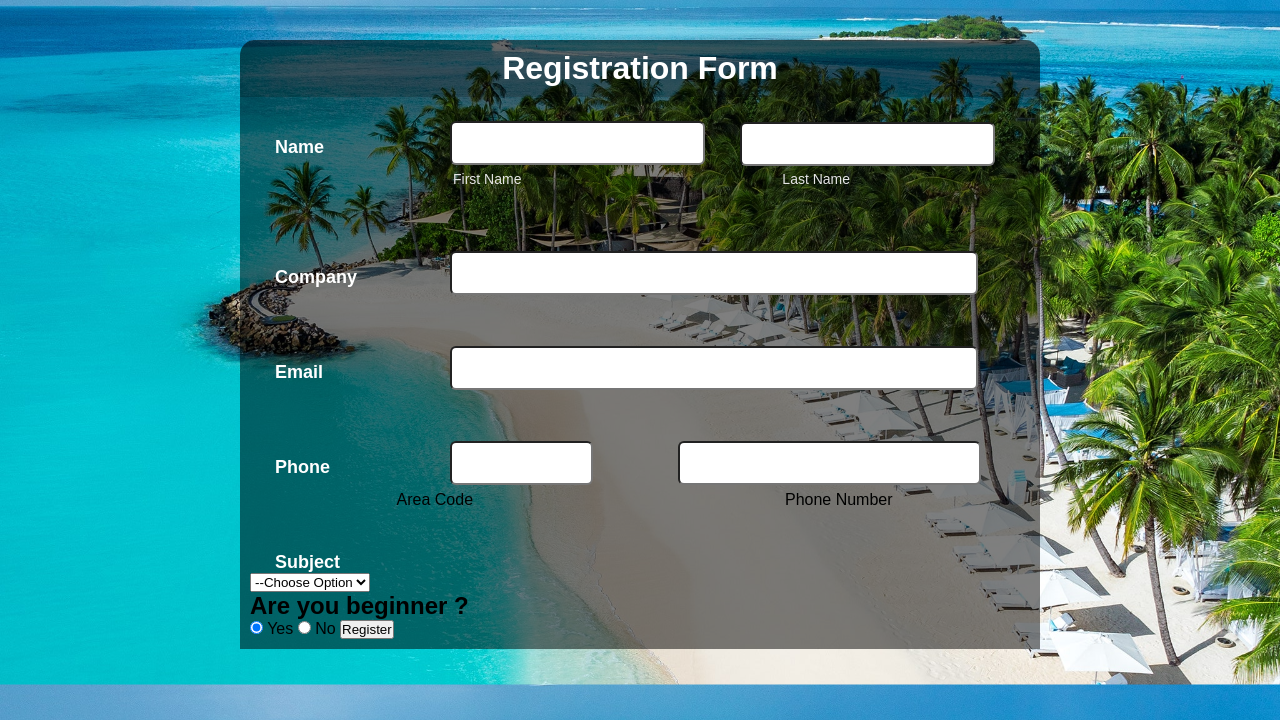
Repository: sudeepa88/Registration-Form
Page: registration.html
An editor plug-in stored every save of this project. The page is shown before and after the next save, followed by the edit.
The browser window is 1280 px wide. The pictures show the whole page.

Above is the page before, as saved 2022-01-11 23:35:42.

After the next save:
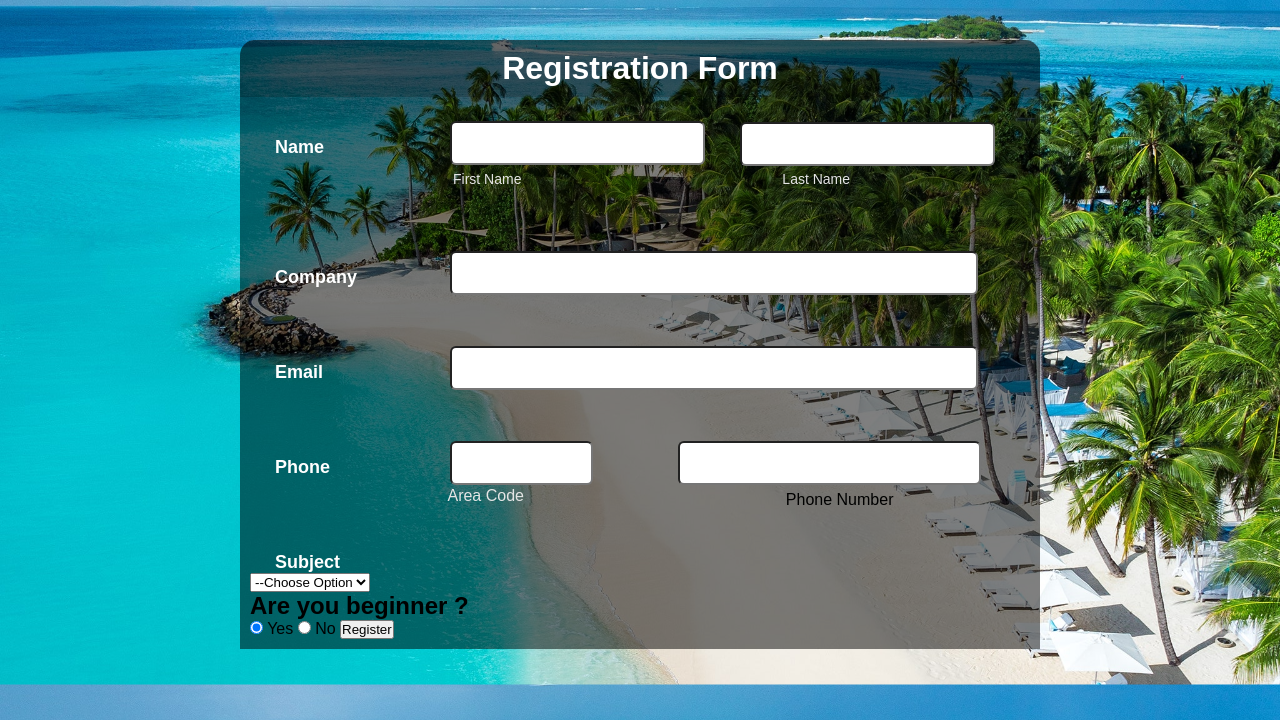
Saved 2 min 44 s later.
--- a/registration.html
+++ b/registration.html
@@ -130,6 +130,14 @@
        font-size: 16px;
        color:#555;
    }
+   .area-code{
+       position: relative;
+       color: #E5E5E5;
+       text-transform: capitalize;
+       font-size: 16px;
+       left:50px;
+       top:-4px;
+   }
     </style>
 </head>
 <body>
